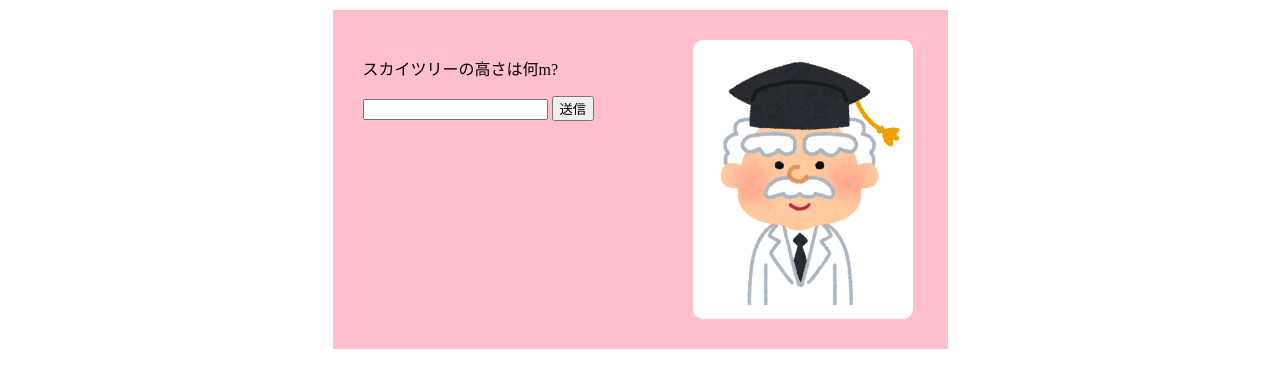
Repository: cshm225/jsplesson
Page: http://localhost/quiz/
The author's editor kept a copy of each file at every save. The page is drawn from the files as they stood at one save, then again after the next save.
The browser window is 1280 px wide. The pictures show the whole page.
The page is served by Tomcat 9.

Above is the page before, as saved 2022-05-25 05:17:27.

### quiz/WebContent/index.html
<!DOCTYPE html>
<html>
<head>
<meta charset="UTF-8">
<title>Quiz</title>
<link rel="stylesheet" href="/quiz/css/main.css">
</head>
<body>
<div id="container">
	<div id="boxA">
		<p>スカイツリーの高さは何m?</p>
		<form action="/quiz/result.jsp" method="post" >
		<input type="text" name="ans">
		<input type="submit" value="送信">
</form>
	</div>
	<div id="boxB">
		<div class=imgbox>
			<img src="/quiz/images/smile.png">
		</div>
	</div>
</div>
</body>
</html>

### quiz/WebContent/css/main.css
@charset "UTF-8";
#container{
	width:555px;
	margin:10px auto;
	background:pink;
	display:flex;
	padding:30px;
}
#boxA{
	margin-right:20px;
	width:310px;
}
#boxB .imgbox{
	border-radius:10px;
	overflow:hidden;
	width:200px;
	background:#fff;
	padding:18px 10px 10px;
}
#boxB .imgbox img{
	width:100%;
}

After the next save:
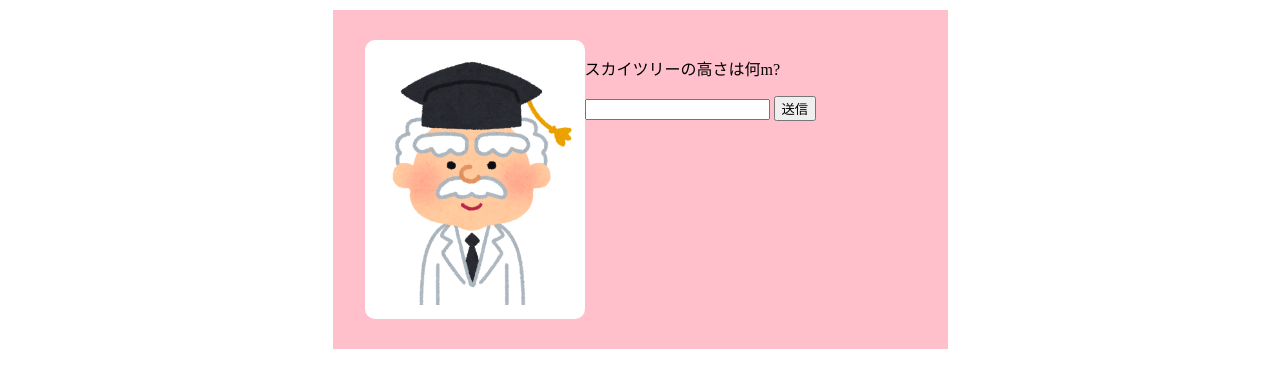
Saved 8 s later.
--- a/quiz/WebContent/css/main.css
+++ b/quiz/WebContent/css/main.css
@@ -5,10 +5,11 @@
 	background:pink;
 	display:flex;
 	padding:30px;
+	flex-direction:row-reverse;
 }
 #boxA{
 	margin-right:20px;
-	width:310px;
+	width:313px;
 }
 #boxB .imgbox{
 	border-radius:10px;
